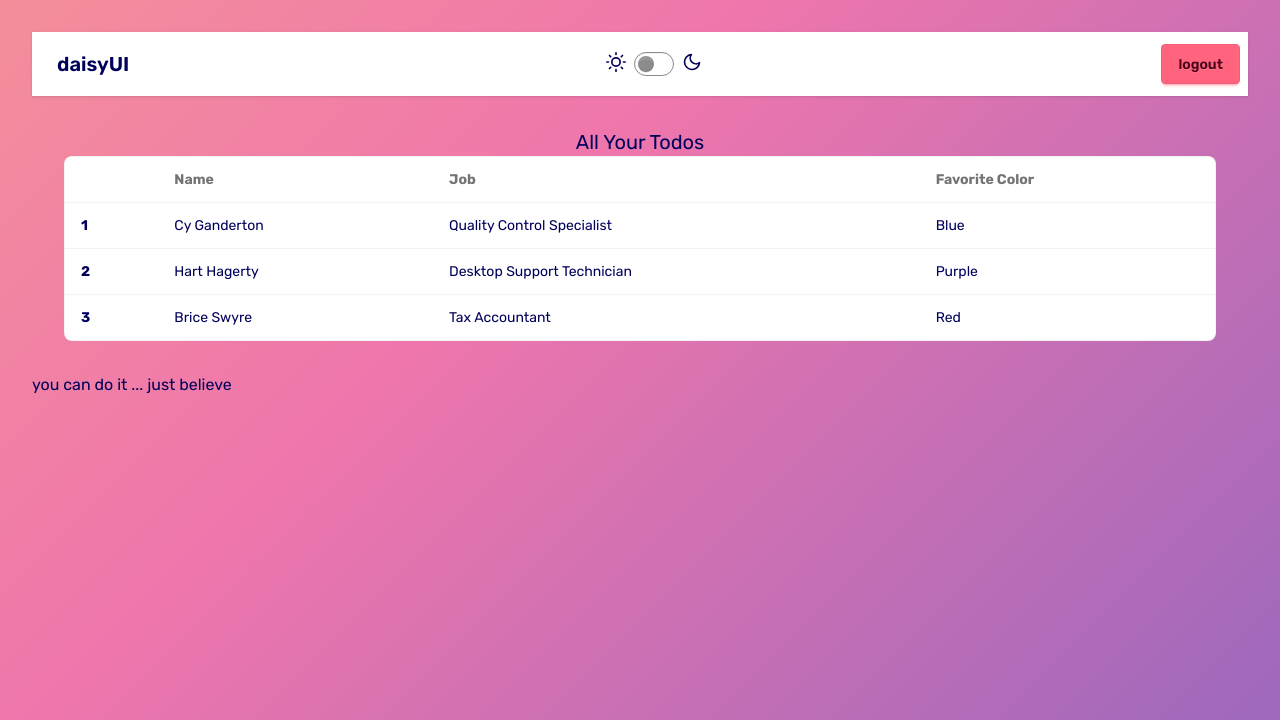
Repository: mariamnabil23/ToDo_App
Page: /
An editor plug-in stored every save of this project. The page is shown before and after a run of saves, followed by the edit.
The browser window is 1280 px wide. The pictures show the whole page.
Some web fonts or font styles are not loaded; a fallback is used. The project was rebuilt for these pictures with package versions that can differ from the ones it lists, and the page was loaded fresh each time. Requests to the local data server were answered from the project's data file. Also part of the build but not shown: vite.config.js, src/pages/Profile.jsx, src/pages/NotFound.jsx.

Above is the page before, as saved 2025-05-01 23:22:53.

After the next 2 saves:
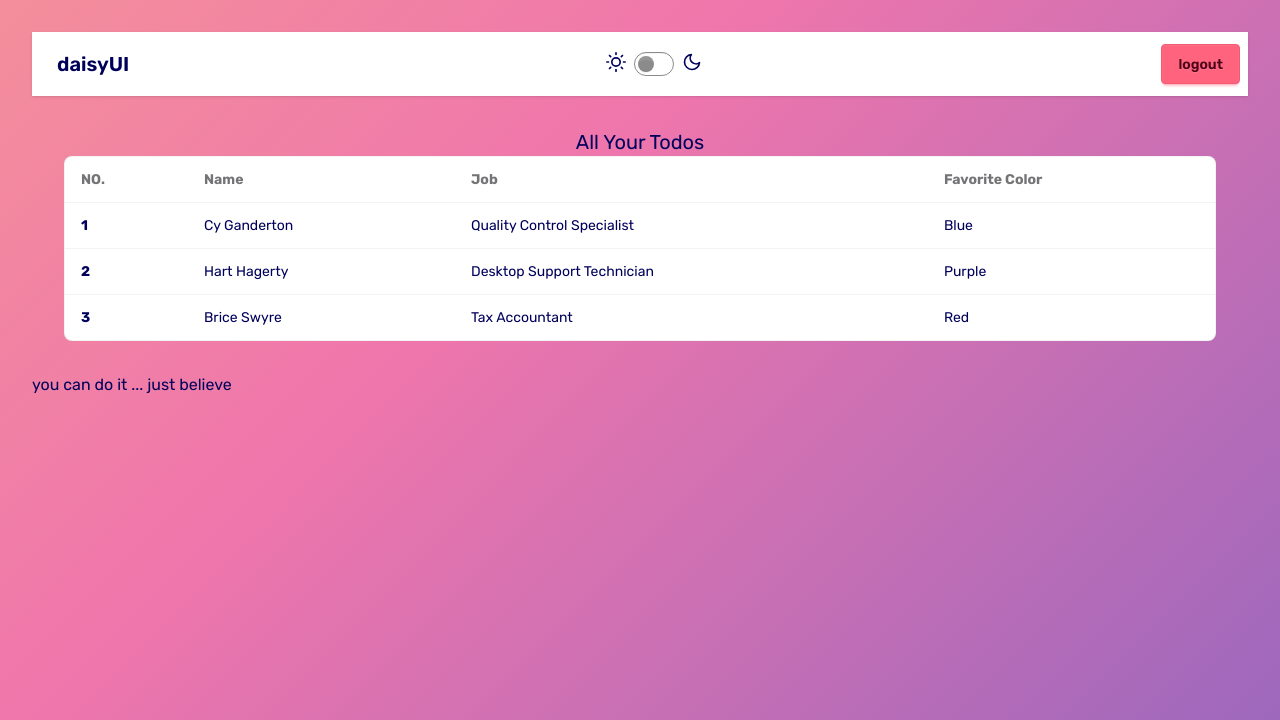
The 2 saves are shown as one change because they came seconds apart.
The last was saved 3 min 1 s later.
--- a/src/pages/Home.jsx
+++ b/src/pages/Home.jsx
@@ -9,7 +9,7 @@ const Home = () => {
     {/* head */}
     <thead>
       <tr>
-        <th></th>
+        <th>NO.</th>
         <th>Name</th>
         <th>Job</th>
         <th>Favorite Color</th>
